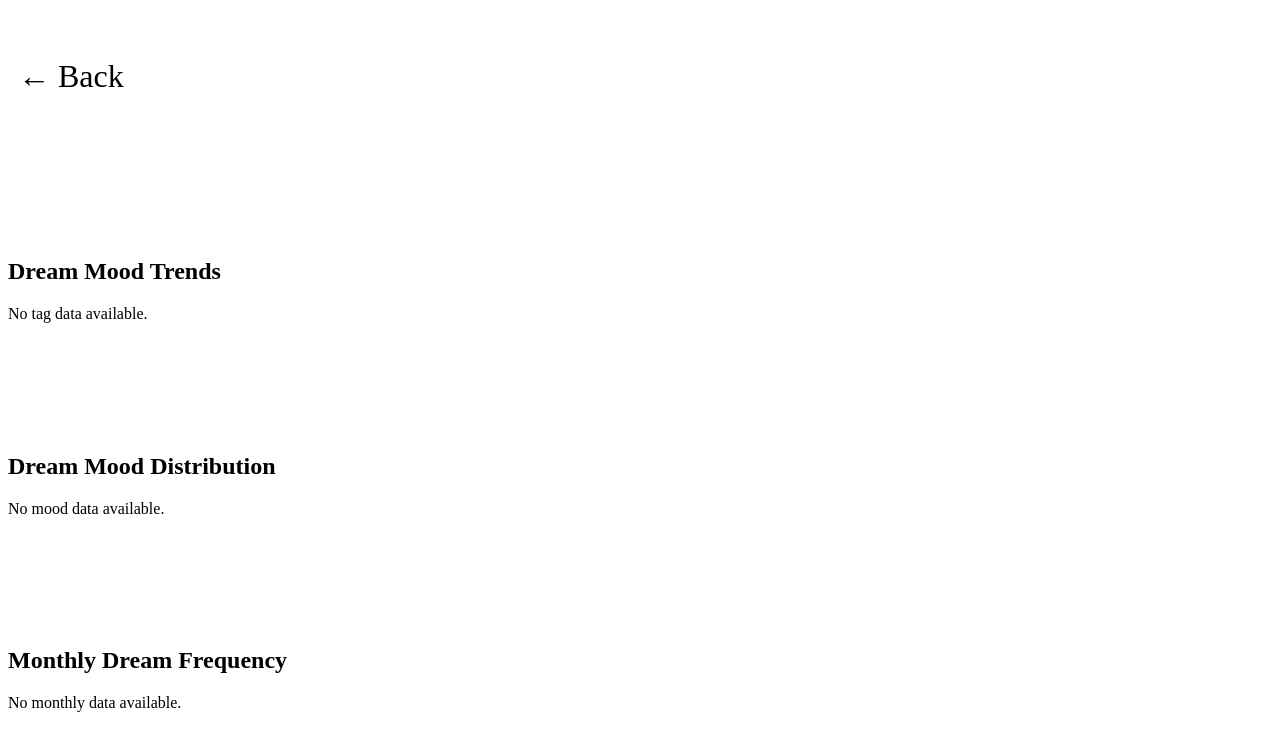
Repository: software-students-spring2025/2-web-app-blabla
Page: templates/analysis.html
The author's editor kept a copy of each file at every save. The page is drawn from the files as they stood at one save, then again after the next save.
The browser window is 1280 px wide. The page is 1288 px wide, then 1280 px, so the pictures cover 1288 px, including what lies to the right of the window. The pictures show the whole page.
Some web fonts or font styles are not loaded; a fallback is used. The template is drawn by Flask 3. The application's start-up code is not run. The template is opened directly, without the code that normally fills it, so the values that code supplies are empty.

Above is the page before, as saved 2025-03-02 15:10:00.

After the next save:
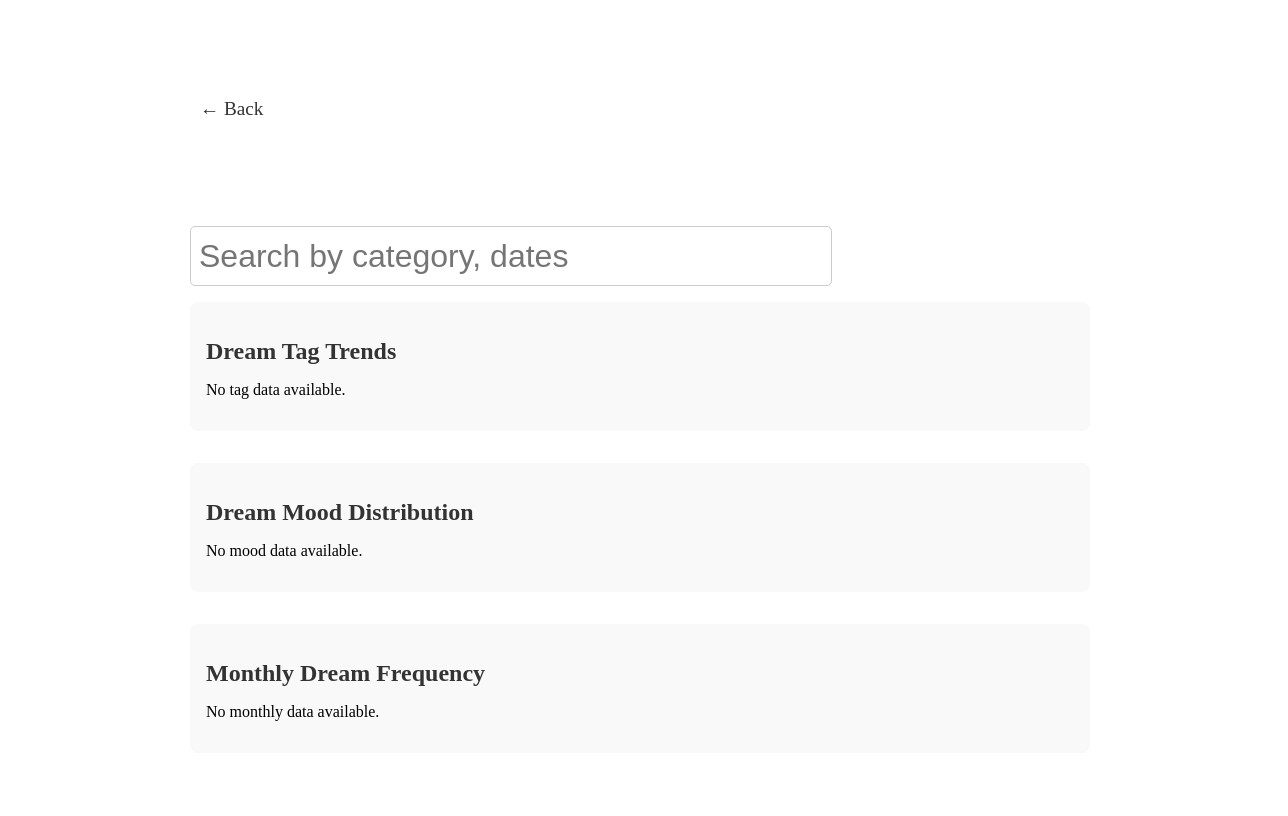
Saved 4 min 20 s later.
--- a/templates/analysis.html
+++ b/templates/analysis.html
@@ -3,14 +3,77 @@
   <head>
     <title>Analysis Page</title>
     <link rel="stylesheet" href="/static/css/style.css">
+    <link href="https://fonts.googleapis.com/css2?family=Indie+Flower&display=swap" rel="stylesheet">
+    <!-- Optional: Additional inline styling for the analysis page -->
+    <style>
+      /* Center the container and give it a max width */
+      .analysis-container {
+        max-width: 900px;
+        margin: 2rem auto;  /* Centers the container horizontally */
+        padding: 1rem;
+      }
+
+      /* Style the back link */
+      .back-link {
+        display: inline-block;
+        margin-bottom: 1rem;
+        text-decoration: none;
+        font-size: 1.2rem;
+        color: #333;
+      }
+      .back-link:hover {
+        text-decoration: underline;
+      }
+
+      /* Space out each "trend-container" section */
+      .trend-container {
+        margin-bottom: 2rem;
+        padding: 1rem;
+        background: #f9f9f9;  /* Light background for contrast */
+        border-radius: 8px;
+      }
+
+      /* Style each trend title */
+      .trend-container h2 {
+        margin-bottom: 1rem;
+        font-size: 1.5rem;
+        color: #333;
+      }
+
+      /* Remove default list styling and space items out */
+      .trend-container ul {
+        list-style-type: none;
+        padding-left: 0;
+      }
+      .trend-container li {
+        margin-bottom: 0.5rem;
+        font-size: 1.1rem;
+      }
+
+      /* Give the search input some breathing room */
+      .input-container {
+        margin-bottom: 1rem;
+      }
+      .input-container input {
+        width: 100%;
+        padding: 0.5rem;
+        font-size: 1rem;
+        border: 1px solid #ccc;
+        border-radius: 5px;
+      }
+    </style>
   </head>
   <body>
     <div class="analysis-container">
-      <a class="back-link" href="/home"> ← Back</a>
+      <a class="back-link" href="/home">← Back</a>
+
+      <div class="input-container">
+        <input type="text" id="dream-search" placeholder="Search by category, dates" />
+      </div>
 
       <!-- 1) Tag Trends -->
       <div class="trend-container">
-        <h2>Dream Mood Trends</h2>
+        <h2>Dream Tag Trends</h2>
         {% if tag_trends %}
           <ul>
             {% for trend in tag_trends %}
@@ -36,7 +99,7 @@
         {% endif %}
       </div>
 
-      <!-- 3) Monthly Frequency -->
+      <!-- 3) Monthly Dream Frequency -->
       <div class="trend-container">
         <h2>Monthly Dream Frequency</h2>
         {% if month_trends %}
